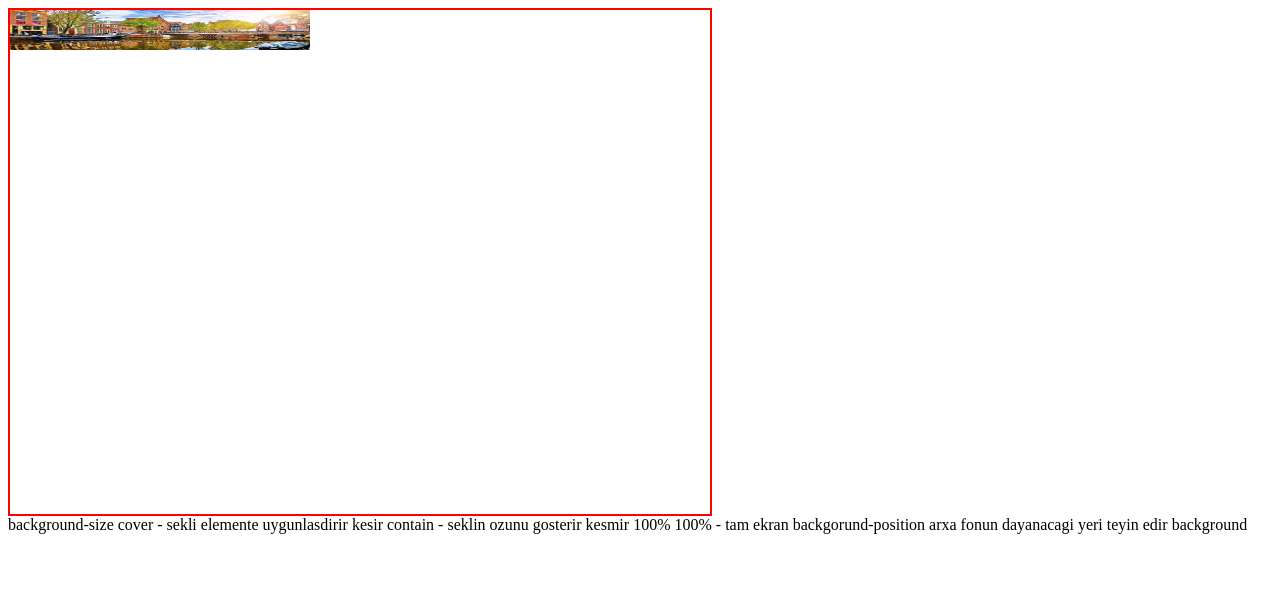
Repository: AytacSafarova/TAsk-11
Page: index.html
The author's editor kept a copy of each file at every save. The page is drawn from the files as they stood at one save, then again after the next save.
The browser window is 1280 px wide. The pictures show the whole page.

Above is the page before, as saved 2023-09-01 18:37:37.

After the next save:
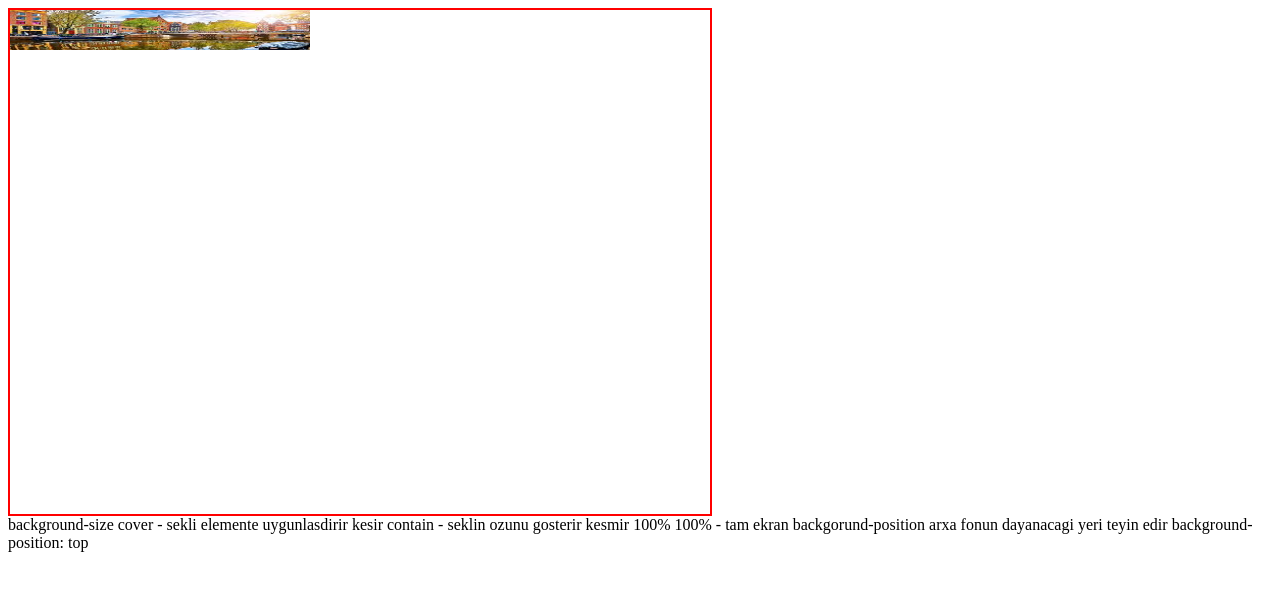
Saved 4 s later.
--- a/index.html
+++ b/index.html
@@ -31,4 +31,4 @@
 
 backgorund-position
 arxa fonun dayanacagi yeri teyin edir
-background
+background-position: top
